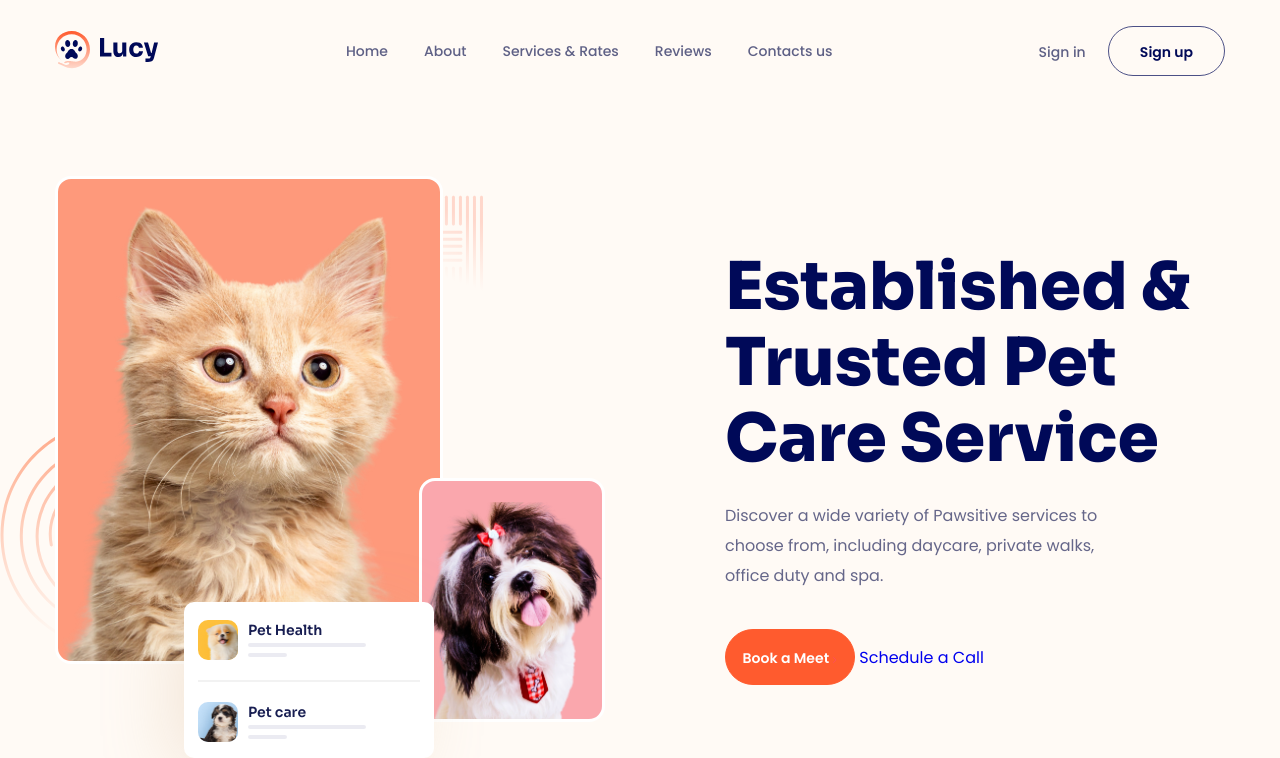
Repository: empty24062002/f8-project-05
Page: index.html
The author's editor kept a copy of each file at every save. The page is drawn from the files as they stood at one save, then again after the next save.
The browser window is 1280 px wide. The pictures show the whole page.

Above is the page before, as saved 2023-09-09 18:21:39.

### index.html
<!DOCTYPE html>
<html lang="en">
    <head>
        <meta charset="UTF-8" />
        <meta name="viewport" content="width=device-width, initial-scale=1.0" />
        <title>Lucy</title>
        <!-- favicon -->
        <link
            rel="apple-touch-icon"
            sizes="57x57"
            href="./assets/favicon/apple-icon-57x57.png"
        />
        <link
            rel="apple-touch-icon"
            sizes="60x60"
            href="./assets/favicon/apple-icon-60x60.png"
        />
        <link
            rel="apple-touch-icon"
            sizes="72x72"
            href="./assets/favicon/apple-icon-72x72.png"
        />
        <link
            rel="apple-touch-icon"
            sizes="76x76"
            href="./assets/favicon/apple-icon-76x76.png"
        />
        <link
            rel="apple-touch-icon"
            sizes="114x114"
            href="./assets/favicon/apple-icon-114x114.png"
        />
        <link
            rel="apple-touch-icon"
            sizes="120x120"
            href="./assets/favicon/apple-icon-120x120.png"
        />
        <link
            rel="apple-touch-icon"
            sizes="144x144"
            href="./assets/favicon/apple-icon-144x144.png"
        />
        <link
            rel="apple-touch-icon"
            sizes="152x152"
            href="./assets/favicon/apple-icon-152x152.png"
        />
        <link
            rel="apple-touch-icon"
            sizes="180x180"
            href="./assets/favicon/apple-icon-180x180.png"
        />
        <link
            rel="icon"
            type="image/png"
            sizes="192x192"
            href="./assets/favicon/android-icon-192x192.png"
        />
        <link
            rel="icon"
            type="image/png"
            sizes="32x32"
            href="./assets/favicon/favicon-32x32.png"
        />
        <link
            rel="icon"
            type="image/png"
            sizes="96x96"
            href="./assets/favicon/favicon-96x96.png"
        />
        <link
            rel="icon"
            type="image/png"
            sizes="16x16"
            href="./assets/favicon/favicon-16x16.png"
        />
        <link rel="manifest" href="./assets/favicon/manifest.json" />
        <meta name="msapplication-TileColor" content="#ffffff" />
        <meta
            name="msapplication-TileImage"
            content="./assets/favicon/ms-icon-144x144.png"
        />
        <meta name="theme-color" content="#ffffff" />
        <!-- reset CSS -->
        <link rel="stylesheet" href="./assets/css/reset.css" />
        <!-- embed font -->
        <link rel="preconnect" href="https://fonts.googleapis.com" />
        <link rel="preconnect" href="https://fonts.gstatic.com" crossorigin />
        <link
            href="https://fonts.googleapis.com/css2?family=Poppins:wght@300;400;500;600&family=Sora:wght@600;700;800&display=swap"
            rel="stylesheet"
        />
        <!-- style css -->
        <link rel="stylesheet" href="./assets/css/styles.css" />
    </head>
    <body>
        <!-- header -->
        <header class="header">
            <div class="container">
                <div class="header__inner">
                    <!-- logo -->
                    <a href="#!">
                        <img
                            src="./assets/img/logo.svg"
                            alt="Lucy"
                            class="header__logo"
                        />
                    </a>
                    <!-- navbar -->
                    <nav class="navbar">
                        <ul class="navbar__list">
                            <li class="navbar__item">
                                <a href="#!" class="navbar__link"> Home </a>
                            </li>
                            <li class="navbar__item">
                                <a href="#!" class="navbar__link"> About </a>
                            </li>
                            <li class="navbar__item">
                                <a href="#!" class="navbar__link"
                                    >Services & Rates
                                </a>
                            </li>
                            <li class="navbar__item">
                                <a href="#!" class="navbar__link"> Reviews </a>
                            </li>
                            <li class="navbar__item">
                                <a href="#!" class="navbar__link">
                                    Contacts us
                                </a>
                            </li>
                        </ul>
                    </nav>
                    <!-- header action -->
                    <div class="header-action">
                        <a href="#!" class="header-action__link">Sign in</a>
                        <a href="#!" class="btn header-action__btn">Sign up</a>
                    </div>
                </div>
            </div>
        </header>
        <!-- hero -->
        <section class="hero">
            <div class="container">
                <div class="hero__inner">
                    <!-- hero media -->
                    <div class="hero__media">
                        <div class="hero__img-wrap">
                            <img
                                src="./assets/img/hero__img1.png"
                                alt=""
                                class="hero__img"
                            />

                            <!-- Decorators -->
                            <img
                                src="./assets/img/decor__01.svg"
                                alt=""
                                class="hero__decor hero__decor-left"
                            />
                            <img
                                src="./assets/img/decor__02.svg"
                                alt=""
                                class="hero__decor hero__decor-right"
                            />
                        </div>
                        <div class="hero__img-wrap hero__img-wrap-small">
                            <img
                                src="./assets/img/hero__img2.png"
                                alt=""
                                class="hero__img"
                            />
                        </div>

                        <div class="hero__list">
                            <!-- hero list item 1 -->
                            <section class="hero-list-item">
                                <img
                                    src="./assets/img/hero__img3.png"
                                    alt=""
                                    class="hero-list-item__thump"
                                />
                                <div class="hero-list-item__info">
                                    <p class="hero-list-item__title">
                                        Pet Health
                                    </p>
                                    <div class="hero-list-item__skeleton"></div>
                                    <div
                                        class="hero-list-item__skeleton"
                                        style="--width: 39px"
                                    ></div>
                                </div>
                            </section>

                            <div class="hero-list-item__separate"></div>
                            <!-- hero list item 2 -->
                            <section class="hero-list-item">
                                <img
                                    src="./assets/img/hero__img4.png"
                                    alt=""
                                    class="hero-list-item__thump"
                                />
                                <div class="hero-list-item__info">
                                    <p class="hero-list-item__title">
                                        Pet care
                                    </p>
                                    <div class="hero-list-item__skeleton"></div>
                                    <div
                                        class="hero-list-item__skeleton"
                                        style="--width: 39px"
                                    ></div>
                                </div>
                            </section>
                        </div>
                    </div>
                    <!-- hero content -->
                    <section class="hero__content">
                        <h1 class="hero__heading">
                            Established & Trusted Pet Care Service
                        </h1>
                        <p class="hero__desc">
                            Discover a wide variety of Pawsitive services to
                            choose from, including daycare, private walks,
                            office duty and spa.
                        </p>
                        <div class="hero__row">
                            <a href="#!" class="btn btn--primary">
                                Book a Meet
                                <span class="btn__icon">
                                    <svg
                                        width="5"
                                        height="6"
                                        viewBox="0 0 5 6"
                                        fill="none"
                                        xmlns="http://www.w3.org/2000/svg"
                                    >
                                        <path
                                            d="M1.48584 0.5L3.98584 3L1.48584 5.5"
                                            stroke="#FD5056"
                                            stroke-linecap="round"
                                            stroke-linejoin="round"
                                        />
                                    </svg>
                                </span>
                            </a>
                            <a href="#!" class="hero__cta-link">
                                Schedule a Call
                            </a>
                        </div>
                    </section>
                </div>
            </div>
        </section>
    </body>
</html>

### assets/css/styles.css
* {
    box-sizing: border-box;
}

:root {
    --primary-color: #ff5b2e;
}

html {
    font-size: 62.5%;
}

body {
    font-size: 1.6rem;
    font-family: "Poppins", sans-serif;
    background: #fffaf5;
}

/* common */

h1,
h2,
h3,
h4,
h5,
h6 {
    font-family: "Sora", sans-serif;
}

input,
textarea,
select,
button {
    font-size: inherit;
    font-family: inherit;
}

a {
    text-decoration: none;
}

.container {
    width: 1170px;
    max-width: calc(100% - 48px);
    margin: 0 auto;
}

.btn {
    --height: 56px;

    display: inline-block;
    min-width: 130px;
    height: var(--height);
    line-height: var(--height);
    border: 1px solid rgb(0, 9, 88, 0.7);
    border-radius: 99px;
    color: #000958;
    text-align: center;
    font-size: 1.4rem;
    font-weight: 600;
}

.btn:hover {
    opacity: 0.8;
    cursor: pointer;
}

.btn--primary {
    background: var(--primary-color);
    color: #fff;
    border-color: var(--primary-color);
}

/* header */
.header {
    padding: 26px 0;
}

.header__inner {
    display: flex;
    justify-content: space-between;
    align-items: center;
}

.navbar__list {
    display: flex;
}

.navbar__link,
.header-action__link {
    padding: 8px 18px;
    color: #5e6085;
    font-size: 1.4rem;
    font-weight: 500;
    line-height: 1; /* 100% */
}

.navbar__link:hover {
    color: #000958;
    text-shadow: 1px 0 0 currentColor;
}

.header-action__btn {
    --height: 50px;

    min-width: 117px;
}

/* hero */
.hero {
    margin-top: 74px;
}

.hero__inner {
    display: flex;
    justify-content: space-between;
    align-items: center;
    column-gap: 120px;
}

.hero__media {
    display: flex;
    position: relative;
    padding-bottom: 94px;
}

.hero__img-wrap {
    position: relative;
    display: flex;
    justify-content: center;
    align-items: flex-end;
    width: 388px;
    height: 488px;
    border: 3px solid #fff;
    border-radius: 16px;
    background: #fe997b;
}

.hero__img {
    max-width: 100%;
    max-height: 100%;
    border-radius: inherit;
}

.hero__decor {
    position: absolute;
    z-index: -1;
}

.hero__decor-left {
    left: -58px;
    bottom: 10px;
}

.hero__decor-right {
    top: 16px;
    right: -43px;
}

.hero__img-wrap-small {
    align-self: flex-end;
    width: 186px;
    height: 244px;
    margin: 0 0 -58px -24px;
    border: 2px solod #f7dddf;
    background: #faa7ad;
}

.hero__list {
    position: absolute;
    left: 129px;
    bottom: 0;
    width: 250px;
    height: 156px;
    padding: 18px 14px;
    border-radius: 10px;
    background: #fff;
    box-shadow: -17px 14px 68px -4px rgba(207, 174, 132, 0.25);
}

.hero-list-item {
    display: flex;
    align-items: center;
}

.hero-list-item:nth-of-type(2) .hero-list-item__thump {
    background-color: #c6e2fa;
}

.hero-list-item__thump {
    width: 40px;
    height: 40px;
    border-radius: 10px;
    object-fit: cover;
    background: #fec23f;
}

.hero-list-item__info {
    margin-left: 10px;
}

.hero-list-item__title {
    color: #181e52;
    font-family: "Sora", sans-serif;
    font-size: 1.4rem;
    font-weight: 600;
    line-height: 1;
}

.hero-list-item__separate {
    margin: 20px 0;
    width: 100%;
    height: 2px;
    background: #f2f2f2;
}

.hero-list-item__skeleton {
    margin-top: 6px;
    width: var(--width, 118px);
    height: 4px;
    border-radius: 10px;
    opacity: 0.08;
    background: #000958;
}

.hero__heading {
    color: #000958;
    font-size: 6.6rem;
    font-weight: 800;
    line-height: 1.15; /* 115.152% */
}

.hero__desc {
    width: 391px;
    margin-top: 24px;
    color: #656689;
    font-size: 1.6rem;
    font-weight: 400;
    line-height: 1.88;
}

.hero__row {
    margin-top: 38px;
}

.hero__cta-btn {
    box-shadow: 0px 13px 26px -8px rgba(255, 91, 46, 0.42);
}

Loaded but not shown: assets/css/reset.css (common file)

After the next save:
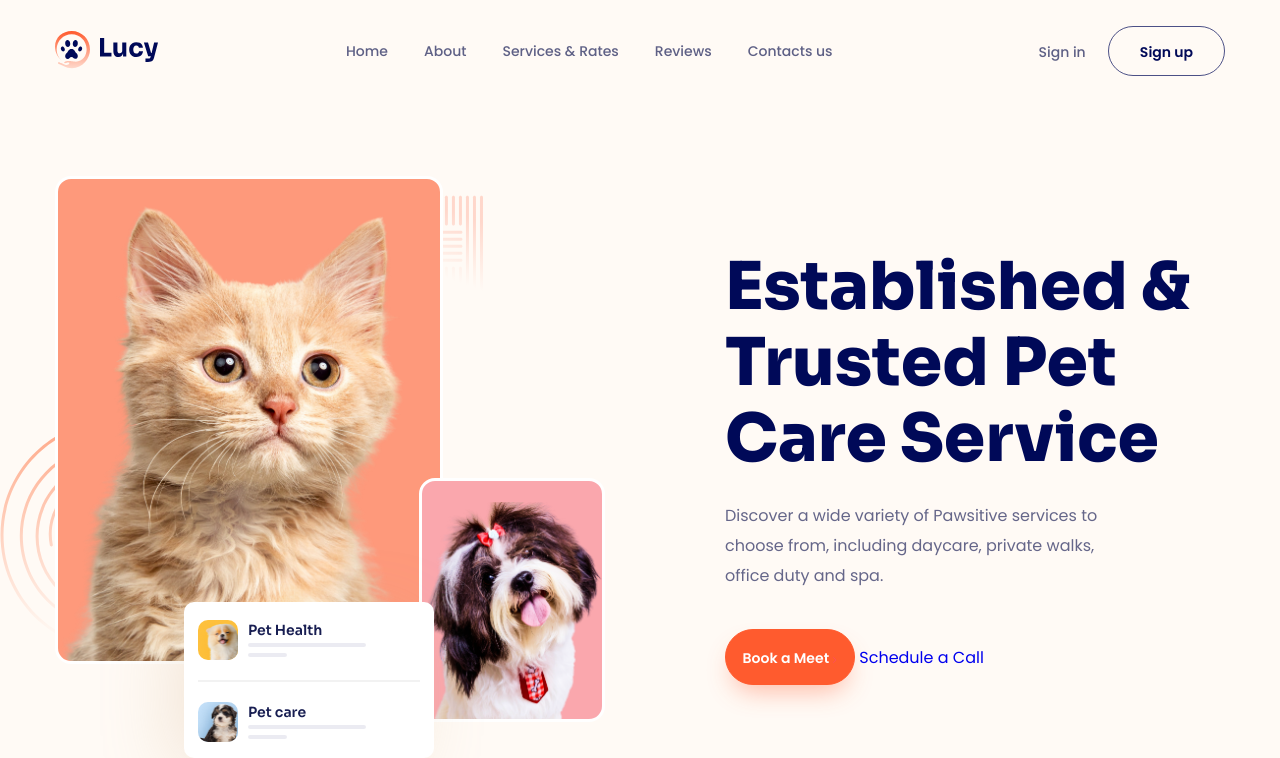
Saved 5 s later.
--- a/index.html
+++ b/index.html
@@ -223,7 +223,7 @@
                             office duty and spa.
                         </p>
                         <div class="hero__row">
-                            <a href="#!" class="btn btn--primary">
+                            <a href="#!" class="btn btn--primary hero__cta-btn">
                                 Book a Meet
                                 <span class="btn__icon">
                                     <svg
